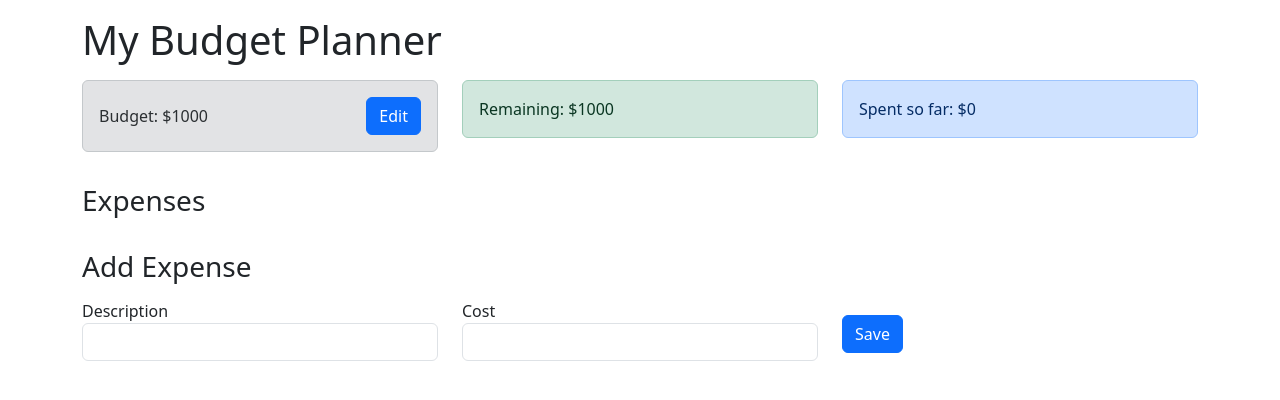
Repository: rishi-rama/lab5_backup
Page: / (app in client/)
The author's editor kept a copy of each file at every save. The page is drawn from the files as they stood at one save, then again after the next save.
The browser window is 1280 px wide. The pictures show the whole page.
The page's requests for data from a server got no answer. The project was rebuilt for these pictures with package versions that can differ from the ones it lists, and the page was loaded fresh each time. No one was signed in, and anything a server would have sent is missing. Also part of the build but not shown: client/src/components/Expense/ExpenseItem.tsx.

Above is the page before, as saved 2024-10-28 14:55:50.

After the next save:
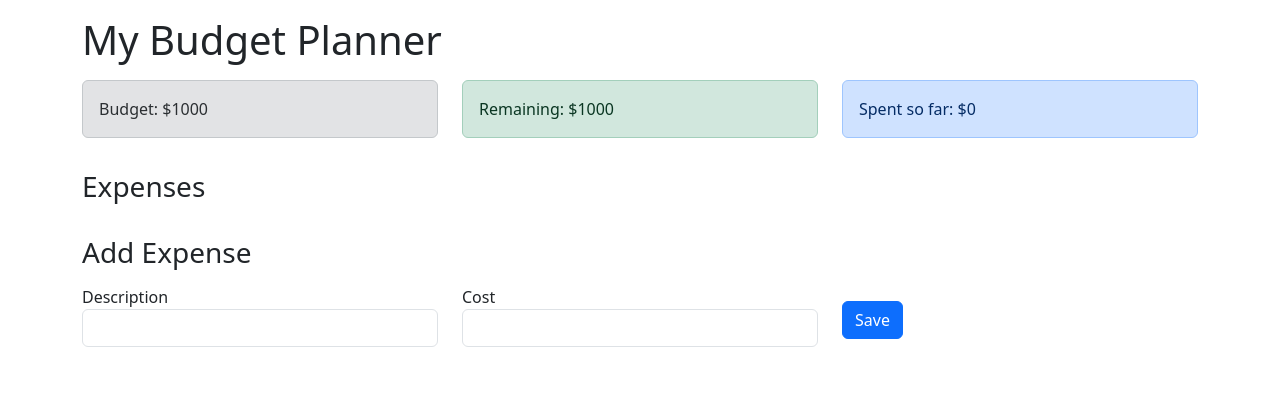
Saved 87 s later.
--- a/client/src/components/Budget/Budget.tsx
+++ b/client/src/components/Budget/Budget.tsx
@@ -1,84 +1,26 @@
-// Budget.tsx
-
-import { useContext, useState, useEffect } from "react";
+import { useContext, useEffect, useState } from "react";
 import { AppContext } from "../../context/AppContext";
-import { fetchBudget, updateBudget } from "../../utils/budget-utils";
+import { fetchBudget } from "../../utils/budget-utils";
 
 const Budget = () => {
-  // Get budget and setBudget from context
   const { budget, setBudget } = useContext(AppContext);
-  // State for edit mode
-  const [isEditing, setIsEditing] = useState(false);
-  // State for new budget value during editing
-  const [newBudget, setNewBudget] = useState(budget.toString());
 
-  // Load initial budget from backend
   useEffect(() => {
     const loadBudget = async () => {
       try {
         const budgetAmount = await fetchBudget();
         setBudget(budgetAmount);
-        setNewBudget(budgetAmount.toString());
       } catch (error) {
         console.error('Failed to load budget:', error);
       }
     };
 
     loadBudget();
-  }, []); // Only run on mount
-
-  // Handle edit button click
-  const handleEditClick = async () => {
-    if (isEditing) {
-      const budgetValue = parseFloat(newBudget);
-      // Validate budget value
-      if (!isNaN(budgetValue) && budgetValue > 0) {
-        try {
-          // Update budget in backend
-          const updatedBudget = await updateBudget(budgetValue);
-          // Update local state
-          setBudget(updatedBudget);
-        } catch (error) {
-          console.error('Failed to update budget:', error);
-          // Revert to current budget on error
-          setNewBudget(budget.toString());
-        }
-      } else {
-        // Invalid input - revert to current budget
-        setNewBudget(budget.toString());
-      }
-    }
-    // Toggle edit mode
-    setIsEditing(!isEditing);
-  };
-
-  // Handle input change
-  const handleBudgetChange = (e: React.ChangeEvent<HTMLInputElement>) => {
-    setNewBudget(e.target.value);
-  };
+  }, [setBudget]);  // Only include setBudget in dependencies
 
   return (
-    <div className="alert alert-secondary p-3 d-flex align-items-center justify-content-between">
-      {isEditing ? (
-        <input
-          data-testid="budget-input"
-          type="number"
-          className="form-control"
-          value={newBudget}
-          onChange={handleBudgetChange}
-          min="0"
-          step="0.01"
-        />
-      ) : (
-        <div data-testid="budget-display">Budget: ${budget}</div>
-      )}
-      <button
-        className={`btn btn-${isEditing ? 'success' : 'primary'} ms-2`}
-        onClick={handleEditClick}
-        aria-label={isEditing ? 'Save budget' : 'Edit budget'}
-      >
-        {isEditing ? 'Save' : 'Edit'}
-      </button>
+    <div className="alert alert-secondary">
+      <span>Budget: ${budget}</span>
     </div>
   );
 };
